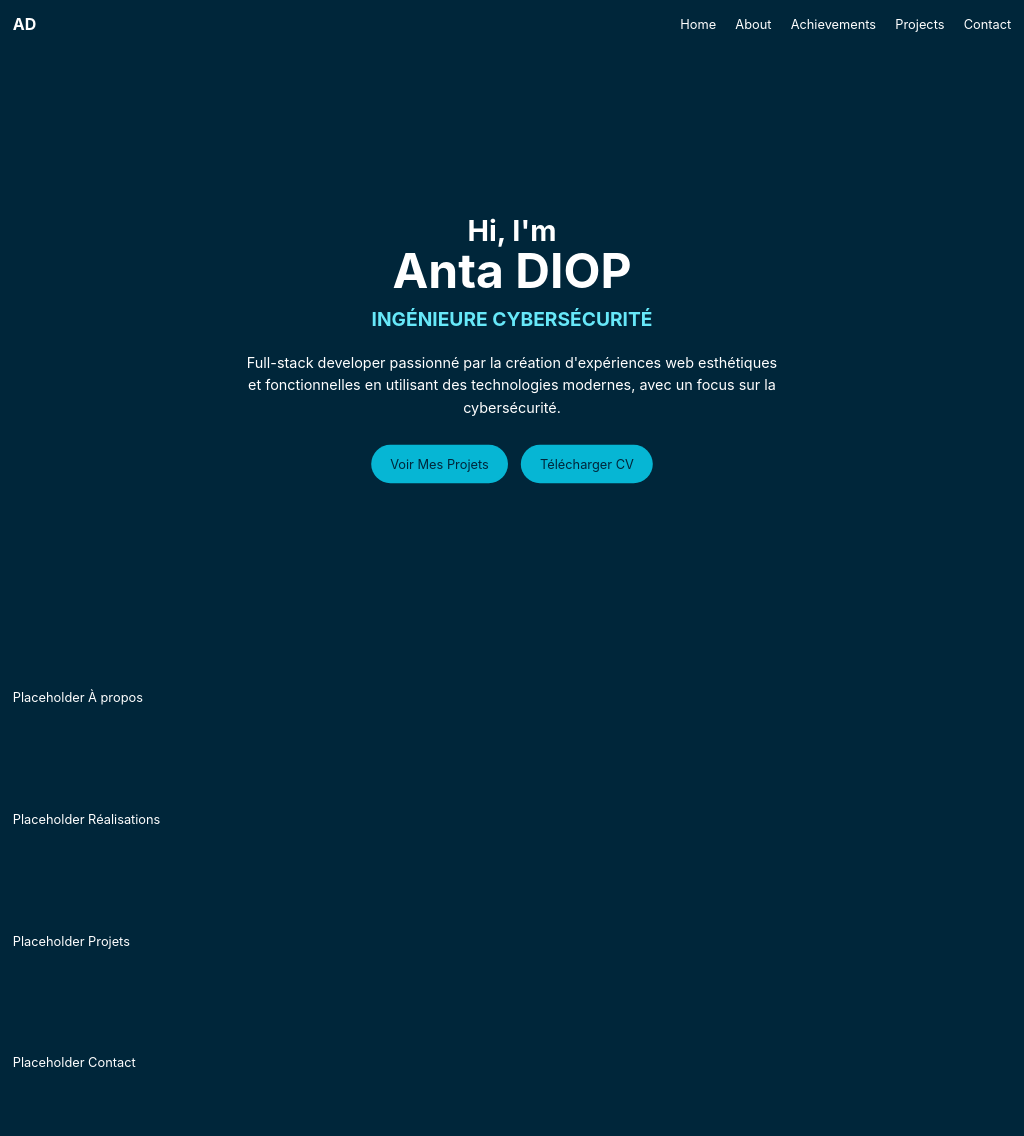
Repository: AntaaaKD/Mon-Portfolio
Page: /
The author's editor kept a copy of each file at every save. The page is drawn from the files as they stood at one save, then again after a run of saves.
The browser window is 1280 px wide. The pictures show the whole page, at 80% of full size.
The project was rebuilt for these pictures with package versions that can differ from the ones it lists, and the page was loaded fresh each time.

Above is the page before, as saved 2026-01-14 18:38:25.

After the next 3 saves:
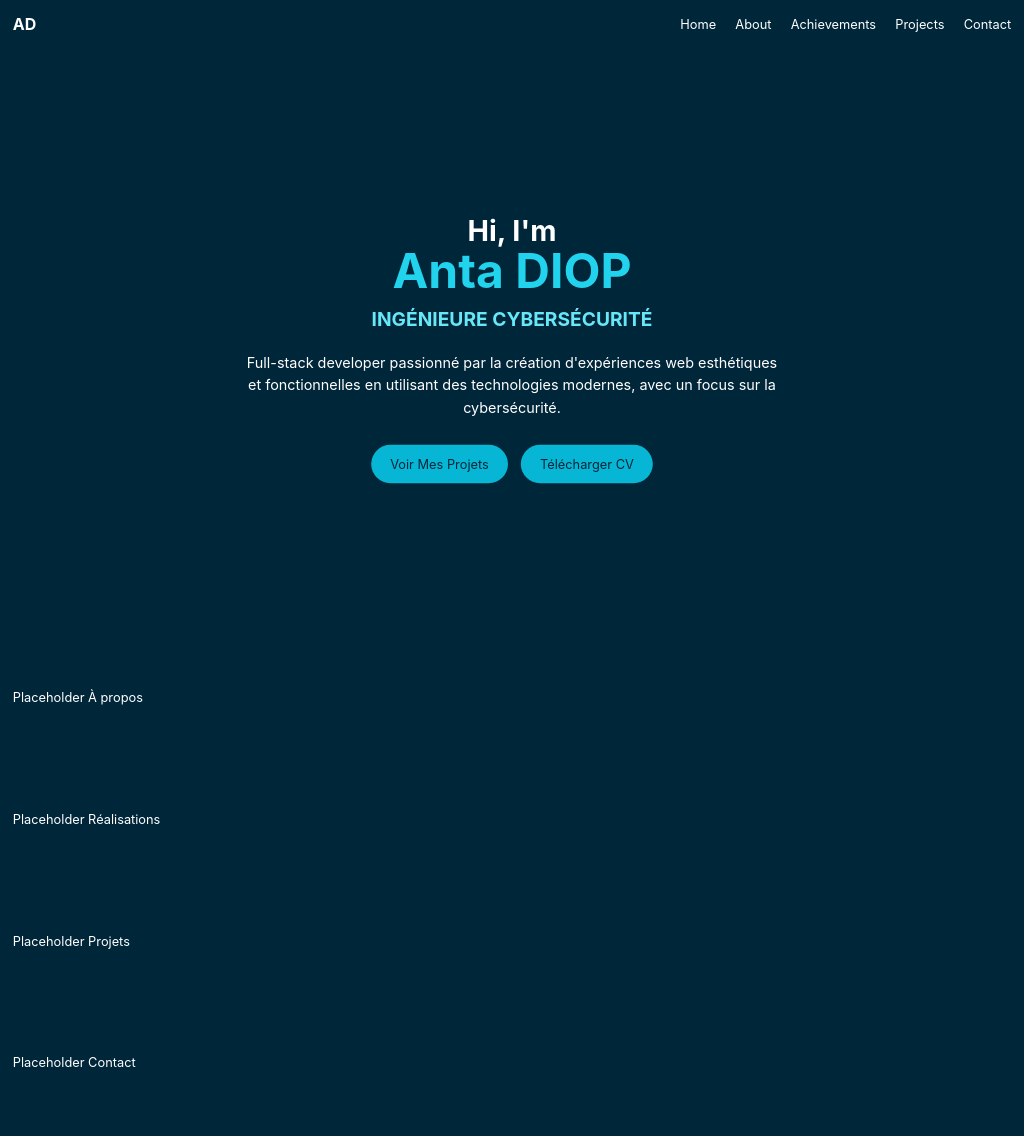
The 3 saves are shown as one change because they came seconds apart.
The last was saved 8 s later.
--- a/src/components/Home.jsx
+++ b/src/components/Home.jsx
@@ -3,7 +3,7 @@ import React from 'react';
 const Home = () => {
   return (
     <section id="home" className="flex flex-col items-center justify-center h-screen text-center px-4">
-      <h1 className="text-4xl font-bold"> Hi, I'm</h1><h1 className="text-6xl font-bold text-cyan mb-4">Anta DIOP</h1>
+      <h1 className="text-4xl font-bold"> Hi, I'm</h1><h1 className="text-6xl font-bold text-cyan-400 mb-4">Anta DIOP</h1>
       <h2 className="text-2xl font-bold text-cyan-300 mb-6">INGÉNIEURE CYBERSÉCURITÉ</h2>
       <p className="text-lg mb-8 max-w-2xl">Full-stack developer passionné par la création d'expériences web esthétiques et fonctionnelles en utilisant des technologies modernes, avec un focus sur la cybersécurité.</p>
       <div className="flex space-x-4">
